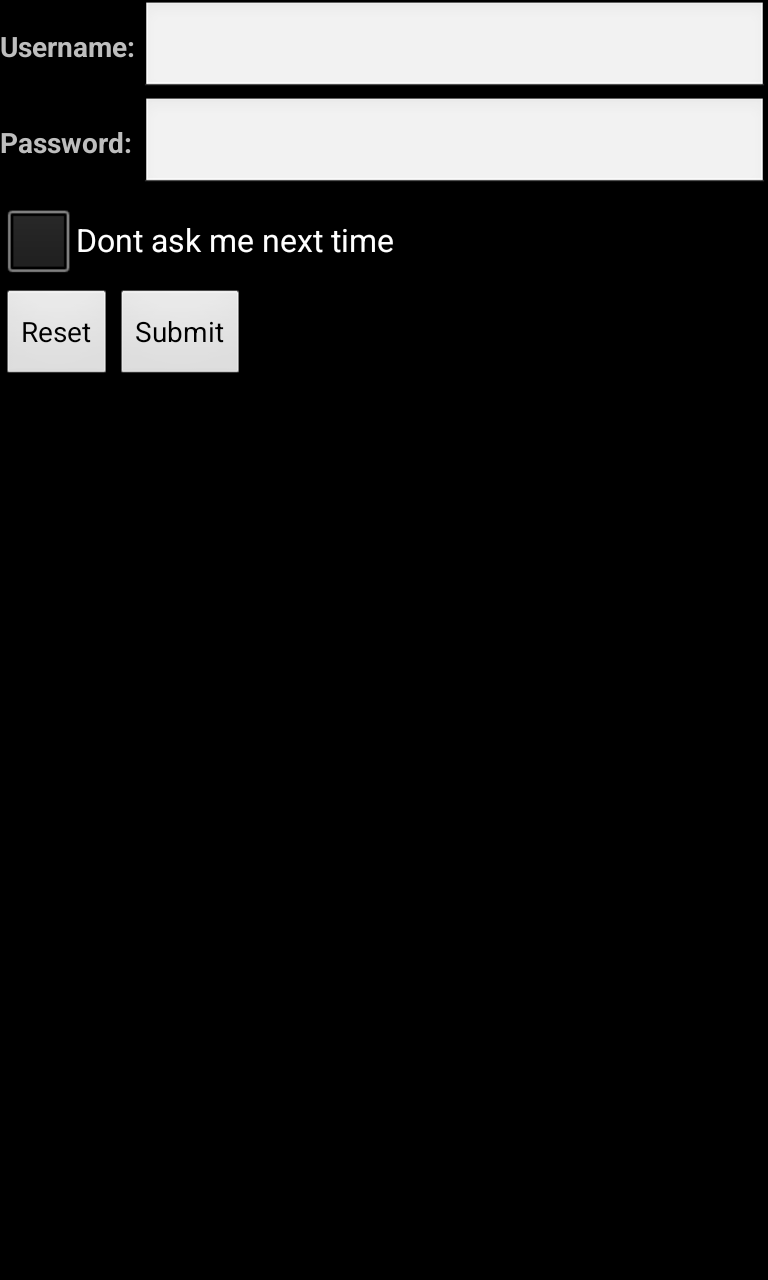
Repository: World-Three-Technologies/Masxaro-Prototype
Layout: Android/W3T/res/layout/main_login.xml
An editor plug-in stored every save of this project. The layout is shown before and after the next save, followed by the edit.
It is drawn on a 768 x 1280 px phone screen (xhdpi) without system bars, with theme android:Theme; the app's code is not run.

Above is the layout before, as saved 2011-06-03 08:13:41.

After the next save:
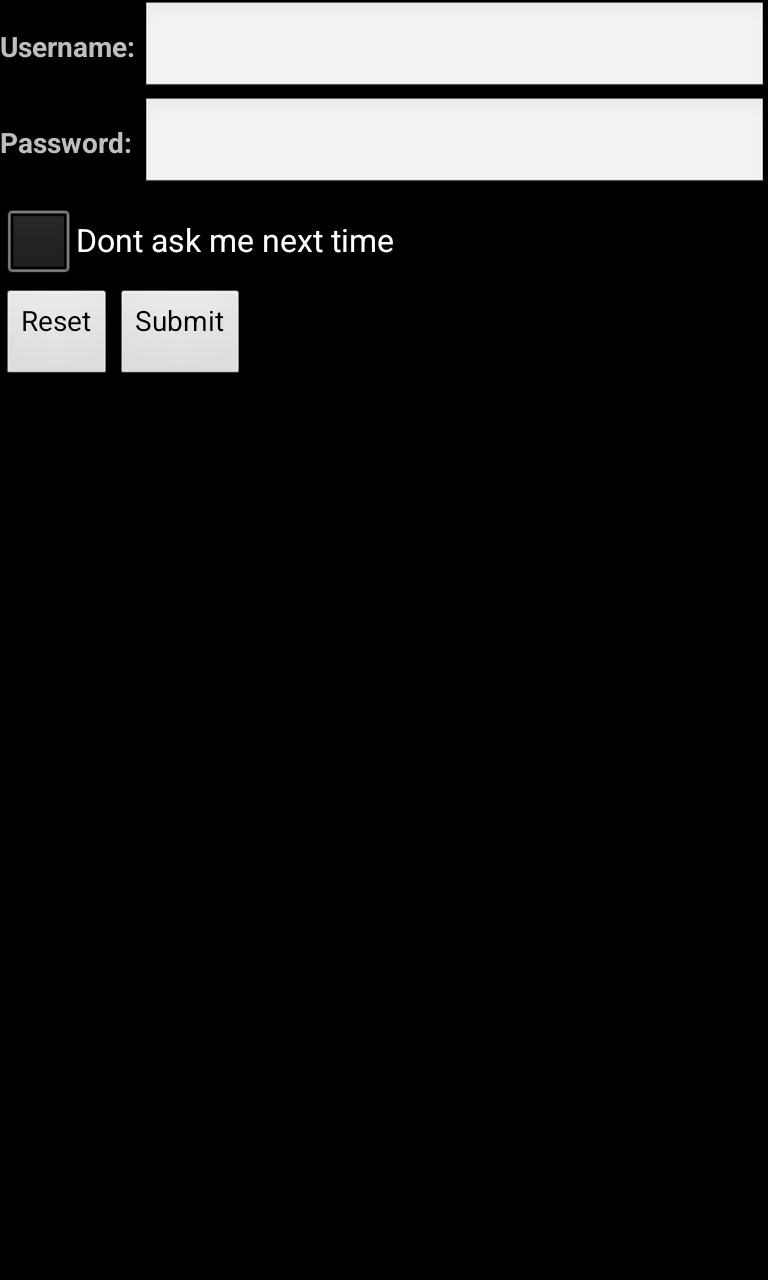
Saved 27 s later.
--- a/Android/W3T/res/layout/main_login.xml
+++ b/Android/W3T/res/layout/main_login.xml
@@ -50,12 +50,13 @@
 	    <Button android:text="Reset"
 			android:id="@+id/reset_button"
 			android:layout_height="wrap_content" android:layout_width="wrap_content"
-			android:layout_gravity="left"
+			android:gravity="left"
 		/>
 		<Button android:text="Submit"
 			android:id="@+id/submit_button"
 			android:layout_height="wrap_content" android:layout_width="wrap_content"
-			android:layout_gravity="right"
+			android:gravity="right"
+
 		/>
 	</LinearLayout>
 

After the save that followed:
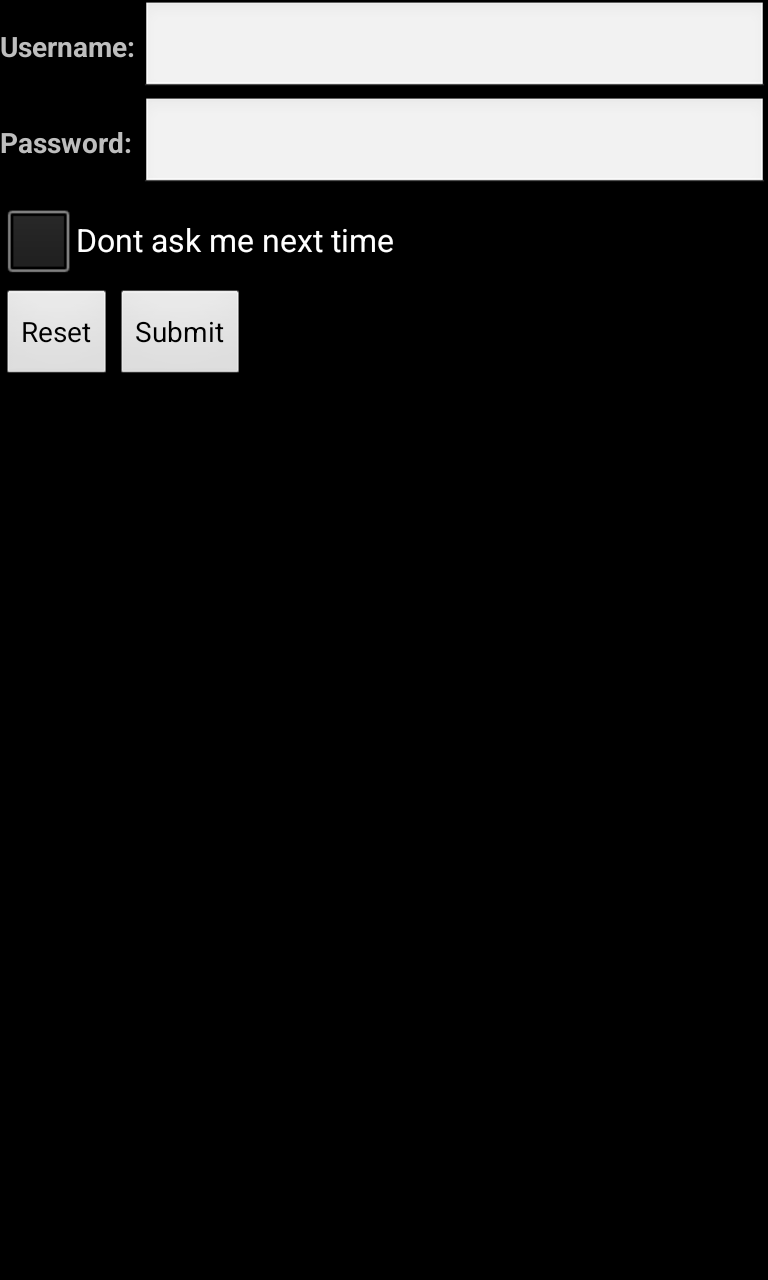
Saved 10 s later.
--- a/Android/W3T/res/layout/main_login.xml
+++ b/Android/W3T/res/layout/main_login.xml
@@ -50,12 +50,12 @@
 	    <Button android:text="Reset"
 			android:id="@+id/reset_button"
 			android:layout_height="wrap_content" android:layout_width="wrap_content"
-			android:gravity="left"
+			android:layout_gravity="left"
 		/>
 		<Button android:text="Submit"
 			android:id="@+id/submit_button"
 			android:layout_height="wrap_content" android:layout_width="wrap_content"
-			android:gravity="right"
+			android:layout_gravity="right"
 
 		/>
 	</LinearLayout>
